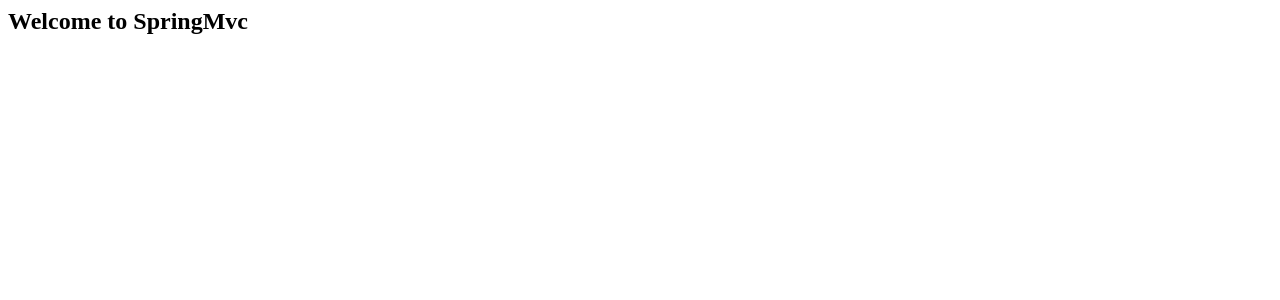
Repository: OrusuRatnamala/JAVA
Page: http://localhost/TrainWeb/
The author's editor kept a copy of each file at every save. The page is drawn from the files as they stood at one save, then again after the next save.
The browser window is 1280 px wide. The pictures show the whole page.
The page is served by Tomcat 9.

Above is the page before, as saved 2023-10-11 17:59:32.

After the next save:
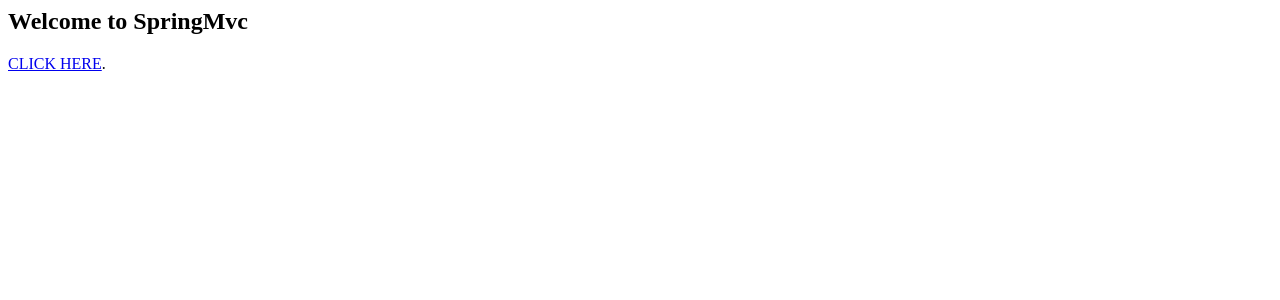
Saved 38 s later.
--- a/springdao/TrainWeb/src/main/webapp/index.jsp
+++ b/springdao/TrainWeb/src/main/webapp/index.jsp
@@ -1,6 +1,6 @@
 <html>
 <body>
 	<h2>Welcome to SpringMvc</h2>
-	<a href="registration.jsp">
+	<a href="registration.jsp">CLICK HERE</a>.
 </body>
 </html>
